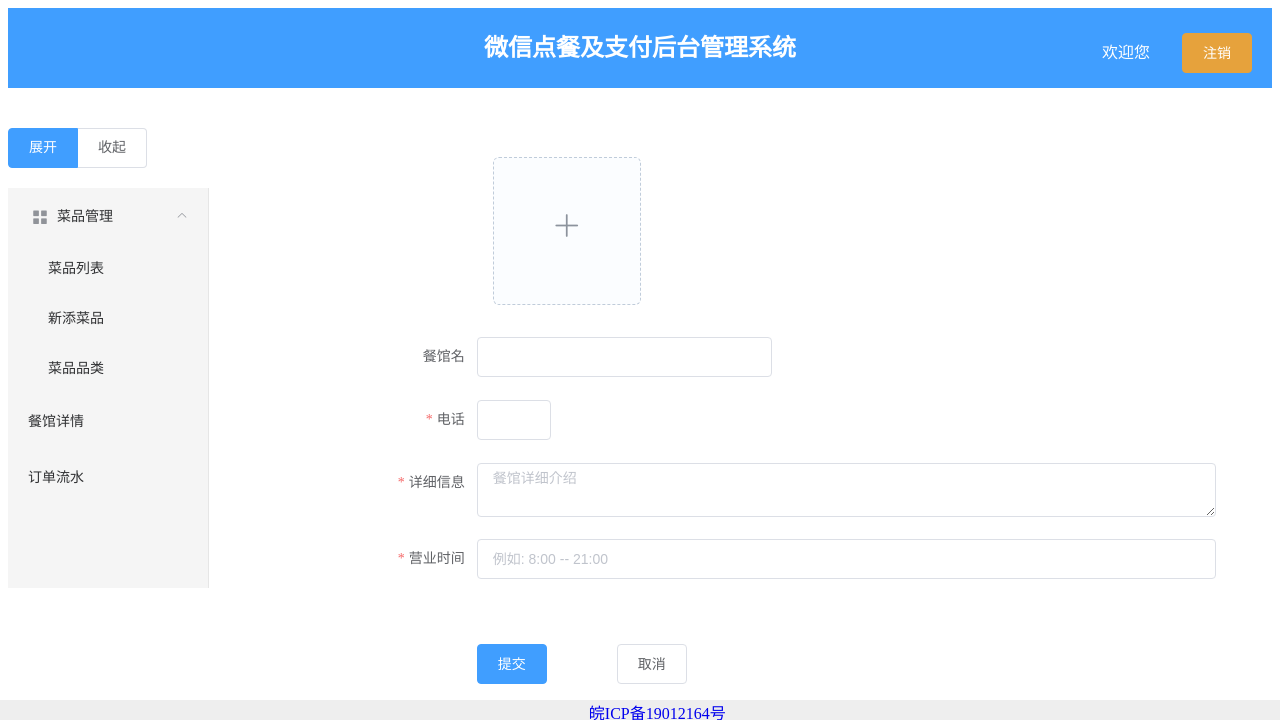
Repository: align-shi/order-web
Page: /pointpayment/hotelTable
The author's editor kept a copy of each file at every save. The page is drawn from the files as they stood at one save, then again after the next save.
The browser window is 1280 px wide. The pictures show the whole page.
The page's requests for data from a server got no answer. The project was rebuilt for these pictures with package versions that can differ from the ones it lists, and the page was loaded fresh each time. No one was signed in, and anything a server would have sent is missing. Also part of the build but not shown: src/pages/login.vue.

Above is the page before, as saved 2020-03-11 21:02:17.

After the next save:
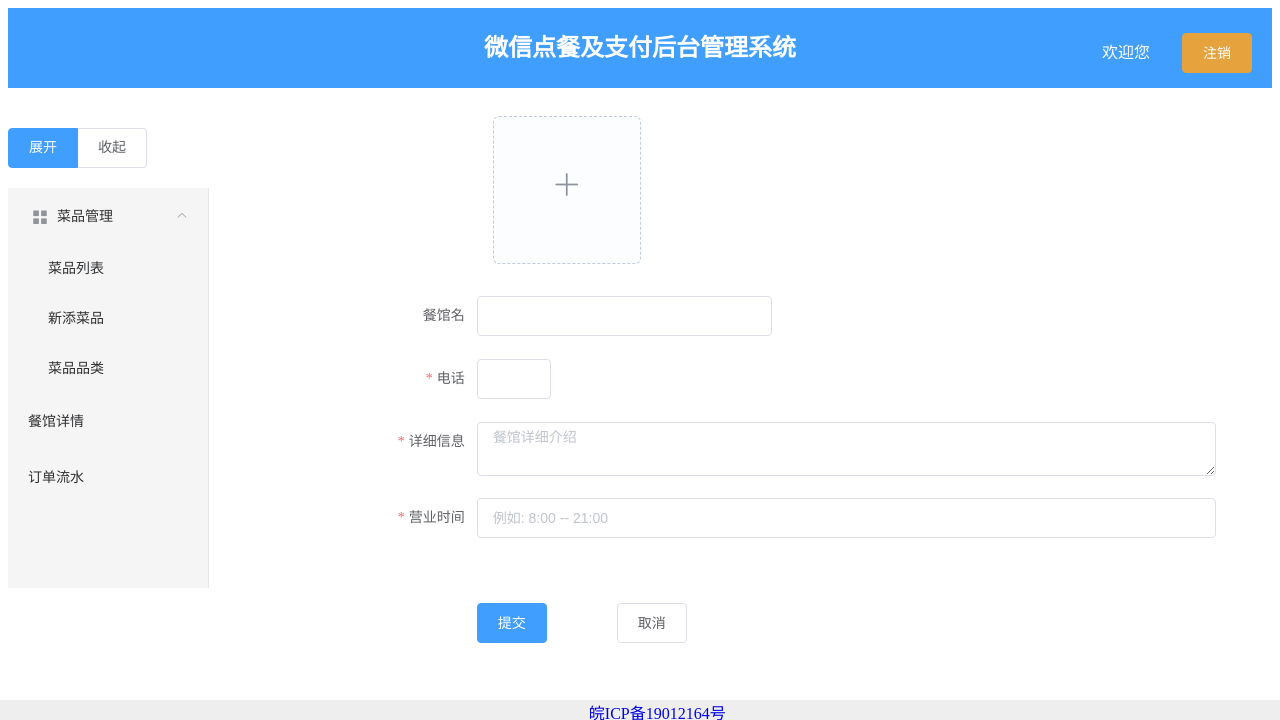
Saved 26 s later.
--- a/src/components/hotelTable.vue
+++ b/src/components/hotelTable.vue
@@ -160,7 +160,7 @@
     }
 
     .form{
-        margin-top:2%;
+        margin-top:-2%;
         margin-left:20%;
     }
 
